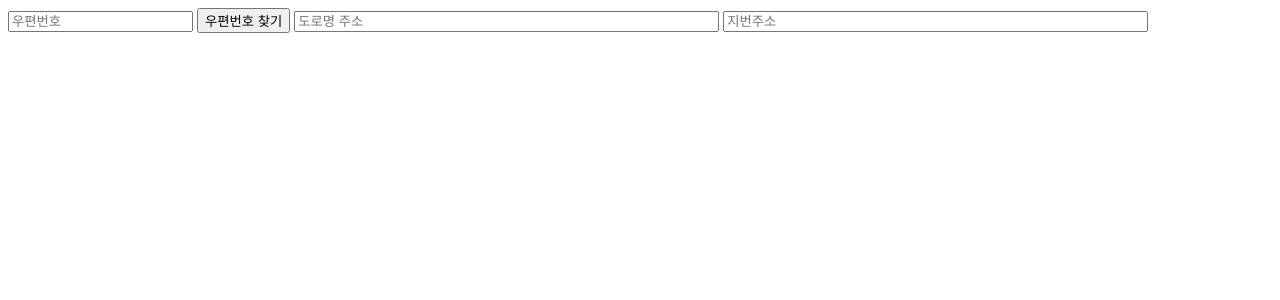
Repository: Shinhan1/shinhan
Page: http://localhost/web_goott/w20200318/address.jsp
An editor plug-in stored every save of this project. The page is shown before and after the next save, followed by the edit.
The browser window is 1280 px wide. The pictures show the whole page.
The page is served by Tomcat 9.

Above is the page before, as saved 2020-03-18 01:20:49.

After the next save:
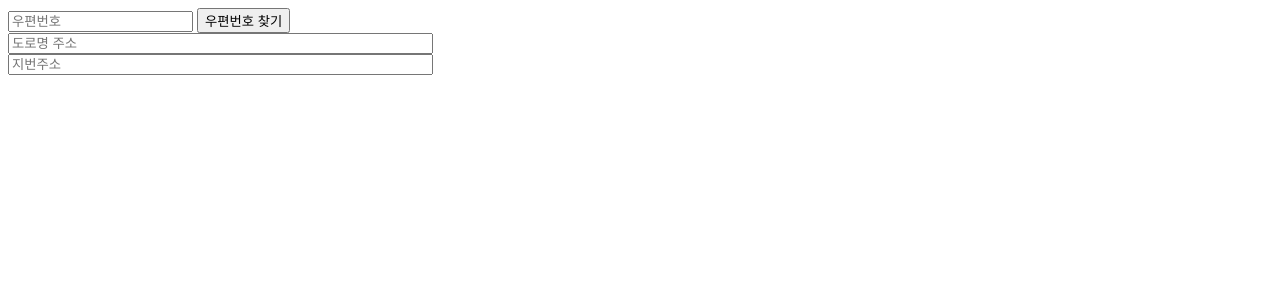
Saved 26 min 50 s later.
--- a/web_goott/WebContent/w20200318/address.jsp
+++ b/web_goott/WebContent/w20200318/address.jsp
@@ -8,9 +8,9 @@
 </head>
 <body>
 	<input type="text" name="" id="post" placeholder="우편번호" />
-	<input type="button" value="우편번호 찾기" />
-	<input type="text" name="" id="addr1" placeholder="도로명 주소" size="50" />
-	<input type="text" name="" id="addr2" placeholder="지번주소" size="50"/>
+	<input type="button" value="우편번호 찾기" /><br />
+	<input type="text" name="" id="addr1" placeholder="도로명 주소" size="50" /><br />
+	<input type="text" name="" id="addr2" placeholder="지번주소" size="50"/><br />
 
 
 </body>
